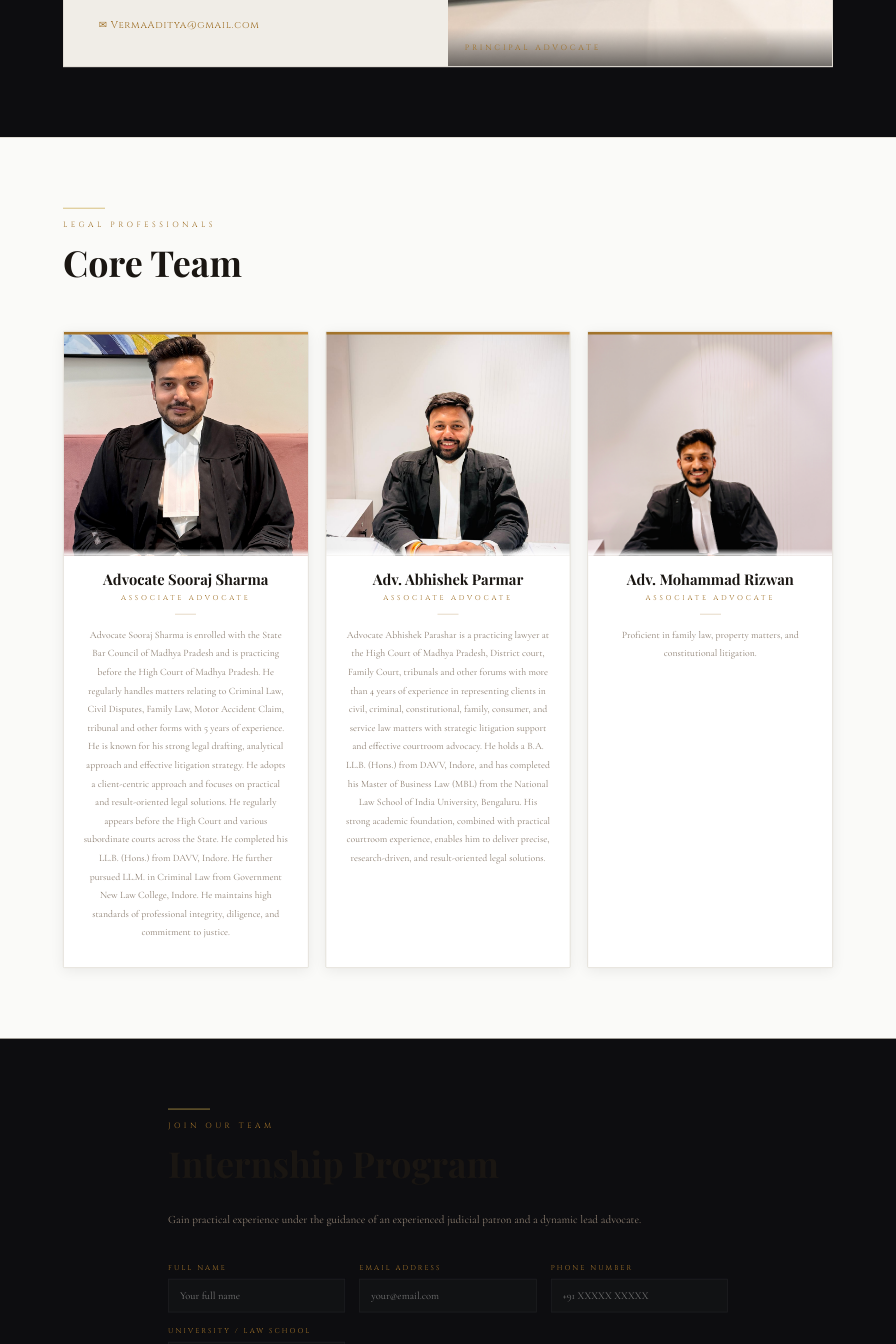
Repository: leesha19/aditya-verma-and-associates
Page: /
These files come from the project's save history. The page is drawn as it stood at one moment and after the next save; the edit follows.
The browser window is 1280 px wide. The pictures show the part of the page from y = 3397 to 5317 px (the page is 7106 px tall), at 70% of full size.
The project was rebuilt for these pictures with package versions that can differ from the ones it lists, and the page was loaded fresh each time. Also part of the build but not shown: src/components/ui/Avatar.js.

Above is the page before, as saved 2026-04-20 00:31:14.

After the next save:
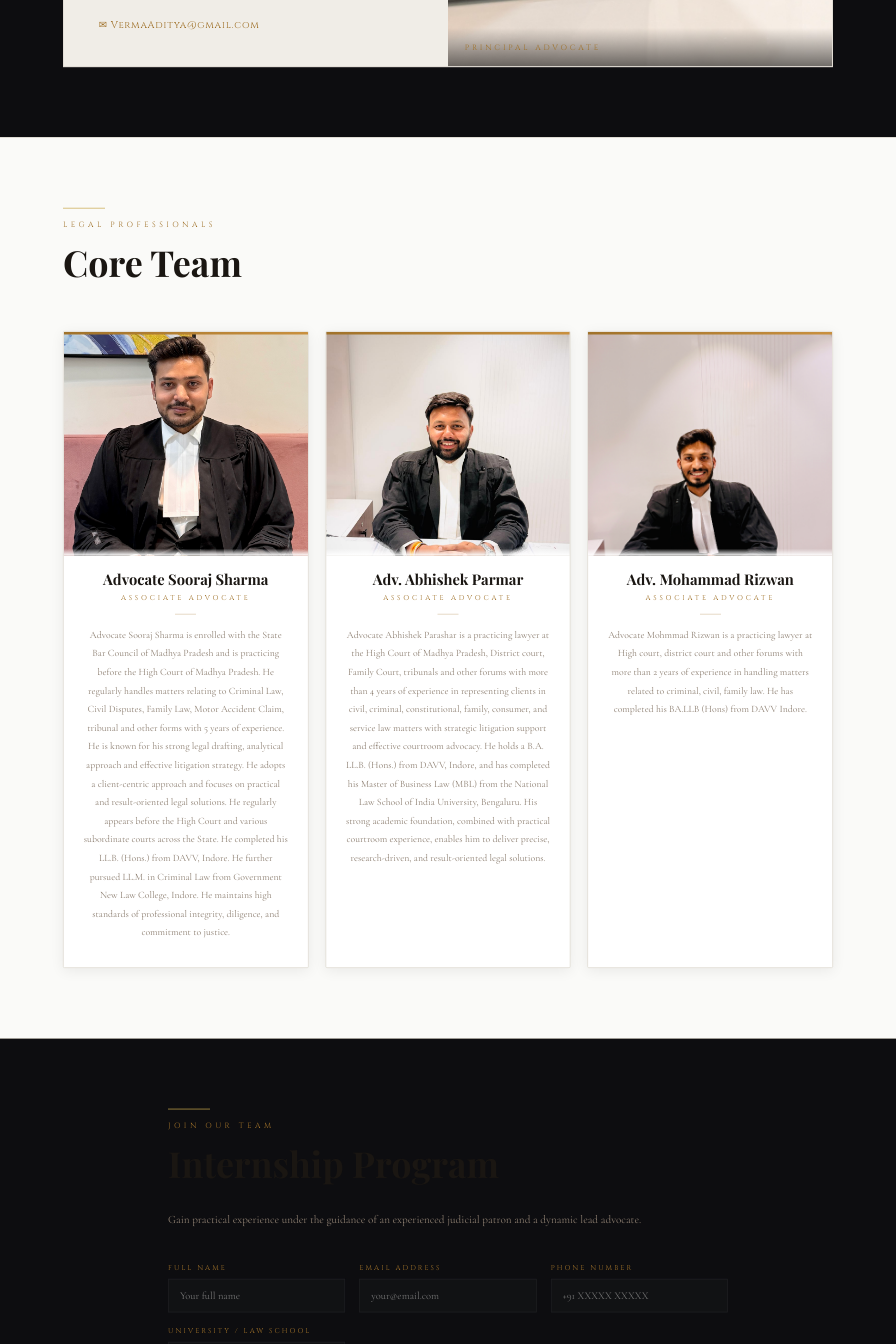
Saved 31 s later.
--- a/src/constants/data.js
+++ b/src/constants/data.js
@@ -60,7 +60,7 @@ export const CORE_TEAM = [
     initials: "MR",
     role: "Associate Advocate",
       photo: require("../assets/mohmmad_rizwan.jpg"),
-    desc: "Proficient in family law, property matters, and constitutional litigation.",
+    desc: "Advocate Mohmmad Rizwan is a practicing lawyer at High court, district court and other forums with more than 2 years of experience in handling matters related to criminal, civil, family law. He has completed his BA.LLB (Hons) from DAVV Indore.",
   },
 ];
 
